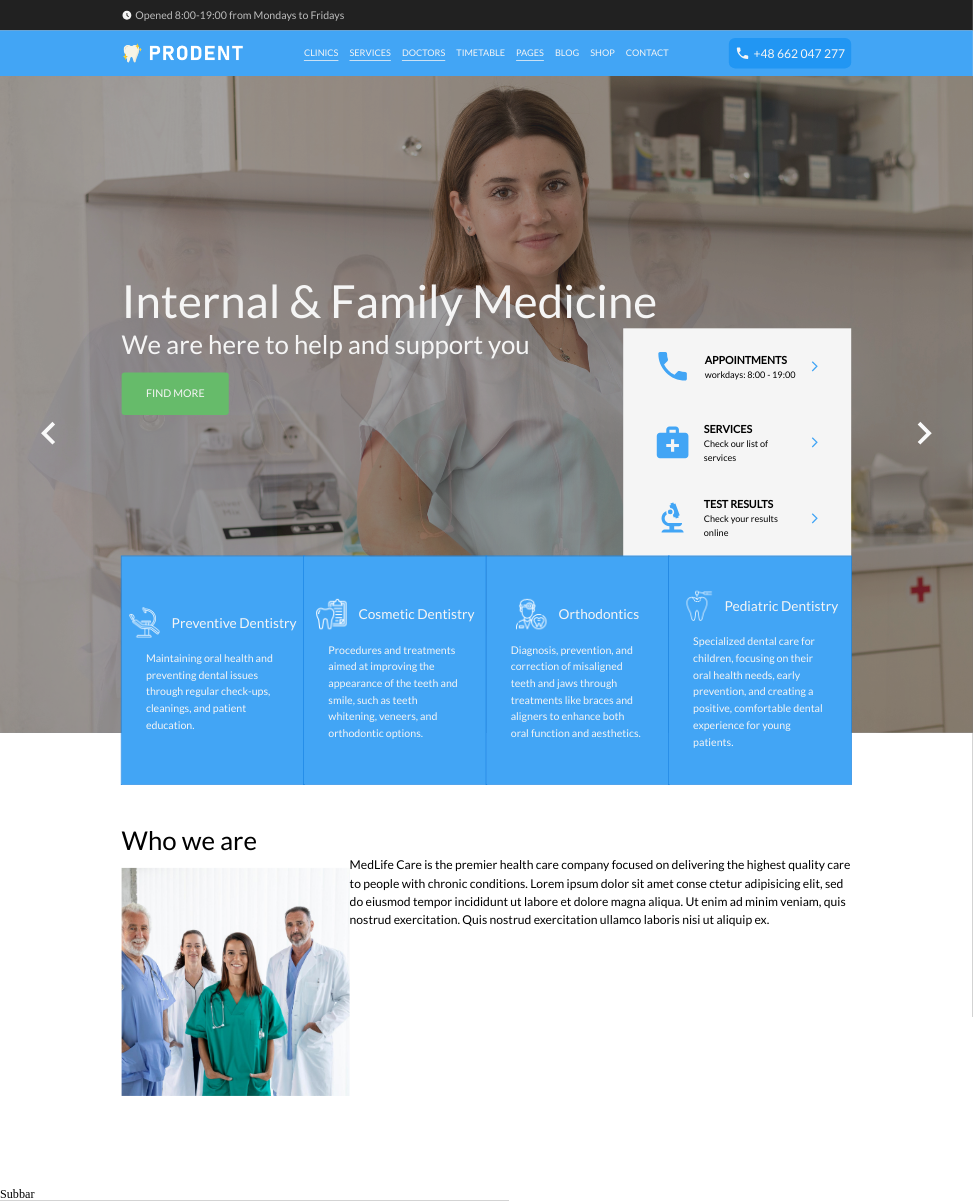
Repository: princ3-web/8
Page: /
The author's editor kept a copy of each file at every save. The page is drawn from the files as they stood at one save, then again after a run of saves.
The browser window is 1280 px wide. The pictures show the whole page, at 76% of full size.
The project was rebuilt for these pictures with package versions that can differ from the ones it lists, and the page was loaded fresh each time. Also part of the build but not shown: vite.config.js, src/subpages/About.jsx, src/index.css.

Above is the page before, as saved 2023-11-02 15:16:26.

After the next 4 saves:
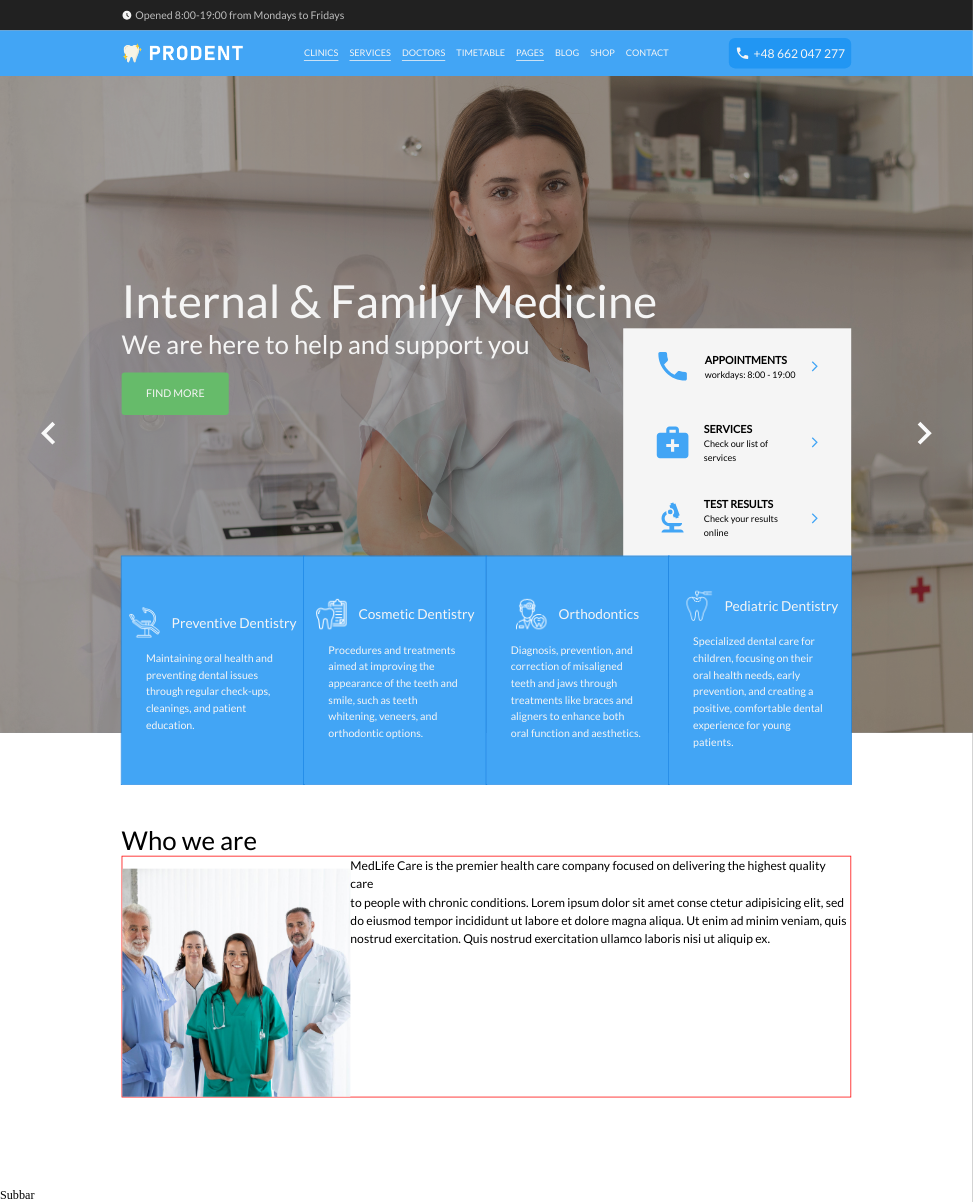
The 4 saves are shown as one change because they came seconds apart.
The last was saved 22 s later.
--- a/src/subpages/Home.jsx
+++ b/src/subpages/Home.jsx
@@ -234,7 +234,7 @@ const Home = () => {
       <Menu />
       <Box sx={{ boxSizing: "border-box", px: "160px", py: "120px" }}>
         <Typography variant="h4">Who we are</Typography>
-        <Box sx={{ display: "flex" }}>
+        <Box sx={{ display: "flex", border:"1px solid red" }}>
           <CardMedia
             component="img"
             src={image1}
